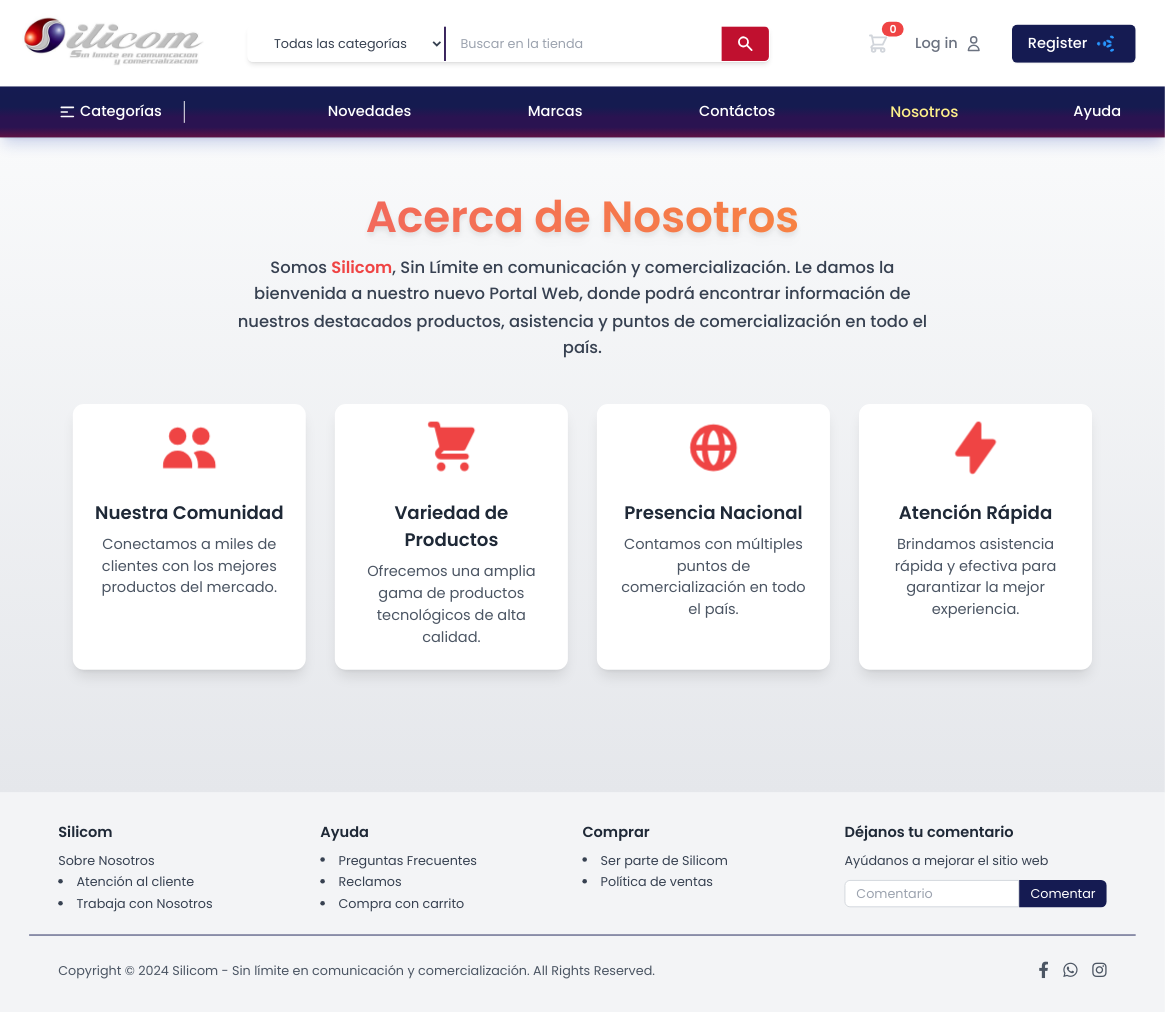
Repository: Francovg18/ecommerce
Page: /about
These files come from the project's save history. The page is drawn as it stood at one moment and after the next save; the edit follows.
The browser window is 1280 px wide. The pictures show the whole page, at 91% of full size.
The page's requests for data from a server got no answer. The project was rebuilt for these pictures with package versions that can differ from the ones it lists, and the page was loaded fresh each time. No one was signed in, and anything a server would have sent is missing. Also part of the build but not shown: src/components/home/Banner.js, src/components/home/ProductsArrival.js, src/components/home/ProductsSold.js, src/redux/actions/brands.js, src/components/home/Brand.js, src/components/home/Product.js, src/containers/Home.jsx, src/containers/errors/Error404.jsx and 40 more.

Above is the page before, as saved 2025-01-29 20:21:03.

### public/index.html
<!DOCTYPE html>
<html lang="en">
  <head>
    <meta charset="utf-8" />
    <link rel="icon" href="%PUBLIC_URL%/favicon.ico" />
    <meta name="viewport" content="width=device-width, initial-scale=1" />
    <meta name="theme-color" content="#000000" />
    <meta name="description" content="Web site created using create-react-app" />
    <link rel="apple-touch-icon" href="%PUBLIC_URL%/logo192.png" />
    <link href="https://fonts.googleapis.com/css2?family=Poppins:wght@400;500;600&display=swap" rel="stylesheet">
    <link
  rel="stylesheet"
  href="https://cdnjs.cloudflare.com/ajax/libs/font-awesome/6.0.0-beta3/css/all.min.css"
/>

    <!--
      manifest.json provides metadata used when your web app is installed on a
      user's mobile device or desktop. See https://developers.google.com/web/fundamentals/web-app-manifest/
    -->
    <link rel="manifest" href="%PUBLIC_URL%/manifest.json" />
    <!--
      Notice the use of %PUBLIC_URL% in the tags above.
      It will be replaced with the URL of the `public` folder during the build.
      Only files inside the `public` folder can be referenced from the HTML.

      Unlike "/favicon.ico" or "favicon.ico", "%PUBLIC_URL%/favicon.ico" will
      work correctly both with client-side routing and a non-root public URL.
      Learn how to configure a non-root public URL by running `npm run build`.
    -->
    <title>React App</title>
  </head>
  <body>
    <noscript>You need to enable JavaScript to run this app.</noscript>
    <div id="root"></div>
    <!--
      This HTML file is a template.
      If you open it directly in the browser, you will see an empty page.

      You can add webfonts, meta tags, or analytics to this file.
      The build step will place the bundled scripts into the <body> tag.

      To begin the development, run `npm start` or `yarn start`.
      To create a production bundle, use `npm run build` or `yarn build`.
    -->
  </body>
</html>

### src/index.js
import React from 'react';
import ReactDOM from 'react-dom/client';
import './style/index.css';
import App from './App';

const root = ReactDOM.createRoot(document.getElementById('root'));
root.render(
  <React.StrictMode>
    <App />
  </React.StrictMode>
);

### src/store.js
import { createStore, applyMiddleware } from 'redux';
import { composeWithDevTools } from '@redux-devtools/extension';
import { thunk } from 'redux-thunk';
import rootReducer from './redux/reducers';

const initialState = {};
const middleware = [thunk];
const store = createStore(
    rootReducer,
    initialState,
    composeWithDevTools(applyMiddleware(...middleware))
);

export default store;

### src/containers/pages/About.jsx
import React from 'react';
import Layout from '../../hocs/Layout';
import { UsersIcon, ShoppingCartIcon, GlobeAltIcon, LightningBoltIcon } from '@heroicons/react/solid';

function About() {
  return (
    <Layout>
      <div className="bg-gradient-to-b from-gray-50 to-gray-200 min-h-screen py-16 px-6 sm:px-12 lg:px-20">
        <div className="text-center max-w-3xl mx-auto">
          <h1 className="text-5xl font-extrabold bg-gradient-to-r from-red-500 to-orange-500 bg-clip-text text-transparent drop-shadow-lg animate-pulse">
            Acerca de Nosotros
          </h1>
          <p className="mt-4 text-lg text-gray-700 font-medium leading-relaxed animate-fade-in">
            Somos <span className="text-red-500 font-bold">Silicom</span>, Sin Límite en comunicación y comercialización. Le damos la bienvenida a nuestro nuevo Portal Web,
            donde podrá encontrar información de nuestros destacados productos, asistencia y puntos de comercialización en todo el país.
          </p>
        </div>

        <div className="mt-12 grid grid-cols-1 md:grid-cols-2 lg:grid-cols-4 gap-8">
          {[
            { icon: UsersIcon, title: "Nuestra Comunidad", text: "Conectamos a miles de clientes con los mejores productos del mercado." },
            { icon: ShoppingCartIcon, title: "Variedad de Productos", text: "Ofrecemos una amplia gama de productos tecnológicos de alta calidad." },
            { icon: GlobeAltIcon, title: "Presencia Nacional", text: "Contamos con múltiples puntos de comercialización en todo el país." },
            { icon: LightningBoltIcon, title: "Atención Rápida", text: "Brindamos asistencia rápida y efectiva para garantizar la mejor experiencia." }
          ].map((item, index) => (
            <div key={index} className="bg-white p-6 rounded-xl shadow-lg text-center transition-transform transform hover:scale-105 hover:shadow-2xl">
              <item.icon className="w-16 h-16 text-red-500 mx-auto animate-bounce" />
              <h3 className="text-xl font-semibold mt-4 text-gray-800">{item.title}</h3>
              <p className="text-gray-600 mt-2">{item.text}</p>
            </div>
          ))}
        </div>
      </div>
    </Layout>
  );
}

export default About;

### src/redux/reducers/index.js
import { combineReducers } from 'redux';
import Auth from './auth';
import Alert from './alert';
import Categories from './categories';
import Products from './products';
import Cart from './cart';
import Shipping from './shipping'
import Payment from './payment';
import Orders from './orders';
import Coupons from './coupons';
import Profile from './profile';
import Wishlist from './wishlist';
import Reviews from './reviews';
import Brands from './brands';
export default combineReducers({
    Auth,
    Alert,
    Categories,
    Products,
    Cart,
    Shipping,
    Payment,
    Orders,
    Coupons,
    Profile,
    Wishlist,
    Reviews,
    Brands
})

### src/hocs/Layout.js
import { ToastContainer } from 'react-toastify';
import 'react-toastify/dist/ReactToastify.css';
import { check_authenticated, load_user, refresh } from '../redux/actions/auth';
import {
    get_items,
    get_total,
    get_item_total
} from "../redux/actions/cart";

import {
    get_user_profile
} from "../redux/actions/profile";

import { useEffect } from 'react';
import { connect } from 'react-redux';
import Navbar from '../components/navigation/Navbar';
import Footer from '../components/navigation/Footer';

const Layout = (props) => {

    useEffect(() => {
        props.refresh()
        props.check_authenticated()
        props.load_user()
        props.get_items()
        props.get_total()
        props.get_item_total()
        props.get_user_profile()
    }, []);

    return(
        <div>
            <Navbar/>
            <ToastContainer autoClose={5000} />
            {props.children}
            <Footer/>
        </div>
    )
}


export default connect(null, {
    check_authenticated,
    load_user,
    refresh,
    get_items,
    get_total,
    get_item_total,
    get_user_profile
}) (Layout)

### src/redux/actions/categories.js
import axios from 'axios';
import {
    GET_CATEGORIES_SUCCESS,
    GET_CATEGORIES_FAIL,
} from './types';

export const get_categories = () => async dispatch => {
    const config = {
        headers: {
            'Accept': 'application/json'
        }
    };

    try {
        const res = await axios.get(`${process.env.REACT_APP_API_URL}/api/category/categories`, config);

        if (res.status >= 200 && res.status < 300) {
            dispatch({
                type: GET_CATEGORIES_SUCCESS,
                payload: res.data
            });
        } else {
            console.error('Error: Unexpected response status', res.status);
            dispatch({
                type: GET_CATEGORIES_FAIL
            });
        }
    } catch (err) {
        console.error('Error fetching categories:', err.message);
        dispatch({
            type: GET_CATEGORIES_FAIL
        });
    }
};

### src/redux/actions/alert.js
import{
    SET_ALERT,
    REMOVE_ALERT,
} from './types';

export const setAlert = (msg, alertType, timeout = 5000) => dispatch =>{
    dispatch({
        type: SET_ALERT,
        payload: {msg, alertType}
    });
    setTimeout(() => dispatch({ type: REMOVE_ALERT }), timeout);
}

### src/redux/reducers/alert.js
import {
    SET_ALERT,
    REMOVE_ALERT,
} from '../actions/types';

const initialState = {
    alert: null
};

export default function Alert(state = initialState, action) {
    const { type, payload } = action;

    switch(type) {
        case SET_ALERT:
            return {
                ...state,
                alert: payload
            };
        case REMOVE_ALERT:
            return {
                ...state,
                alert: null
            }
        default:
            return state
    };
}

### src/redux/reducers/categories.js
import {
    GET_CATEGORIES_SUCCESS,
    GET_CATEGORIES_FAIL
} from '../actions/types';

const initialState = {
    categories: null
};

export default function Categories(state = initialState, action) {
    const { type, payload } = action;

    switch(type) {
        case GET_CATEGORIES_SUCCESS:
            return {
                ...state,
                categories: payload.categories
            }
        case GET_CATEGORIES_FAIL:
            return {
                ...state,
                categories: null
            }
        default:
            return state
    }
}

### src/redux/reducers/shipping.js
import {
    GET_SHIPPING_OPTIONS_SUCCESS,
    GET_SHIPPING_OPTIONS_FAIL
} from '../actions/types';

const initialState = {
    shipping: null,
};

export default function Shipping(state = initialState, action) {
    const { type, payload } = action;

    switch(type) {
        case GET_SHIPPING_OPTIONS_SUCCESS:
            return {
                ...state,
                shipping: payload.shipping_options
            }
        case GET_SHIPPING_OPTIONS_FAIL:
            return {
                ...state,
                shipping: null
            }
        default:
            return state;
    }
};

### src/redux/reducers/orders.js
import {
    GET_ORDERS_SUCCESS,
    GET_ORDERS_FAIL,
    GET_ORDER_DETAIL_SUCCESS,
    GET_ORDER_DETAIL_FAIL
} from '../actions/types';

const initialState = {
    orders: null,
    order: null
};


export default function Orders(state = initialState, action) {
    const { type, payload } = action;

    switch(type) {
        case GET_ORDERS_SUCCESS:
            return {
                ...state,
                orders: payload.orders
            }
        case GET_ORDERS_FAIL:
            return {
                ...state,
                orders: []
            }
        case GET_ORDER_DETAIL_SUCCESS:
            return {
                ...state,
                order: payload.order
            }
        case GET_ORDER_DETAIL_FAIL:
            return {
                ...state,
                order: {}
            }
        default:
            return state;
    }
}

### src/redux/reducers/coupons.js
import {
    GET_COUPON_SUCCESS,
    GET_COUPON_FAIL,
} from '../actions/types';

const initialState = {
    coupon: null
};


export default function Coupons(state = initialState, action) {
    const { type, payload } = action;

    switch(type) {
        case GET_COUPON_SUCCESS:
            return {
                ...state,
                coupon: payload.coupon
            }
        case GET_COUPON_FAIL:
            return {
                ...state,
                coupon: null
            }
        default:
            return state;
    }
}

### src/redux/reducers/profile.js
import {
    GET_USER_PROFILE_SUCCESS,
    GET_USER_PROFILE_FAIL,
    UPDATE_USER_PROFILE_SUCCESS,
    UPDATE_USER_PROFILE_FAIL
} from '../actions/types';

const initialState = {
    profile: null
};

export default function Profile(state = initialState, action) {
    const { type, payload } = action;

    switch(type) {
        case GET_USER_PROFILE_SUCCESS:
            return {
                ...state,
                profile: payload.profile
            }
        case GET_USER_PROFILE_FAIL:
            return {
                ...state
            }
        case UPDATE_USER_PROFILE_SUCCESS:
            return {
                ...state,
                profile: payload.profile
            }
        case UPDATE_USER_PROFILE_FAIL:
            return {
                ...state
            }
        default:
            return state
    }
}

### src/redux/reducers/wishlist.js
import {
    GET_WISHLIST_ITEMS_SUCCESS,
    GET_WISHLIST_ITEMS_FAIL,
    ADD_WISHLIST_ITEM_SUCCESS,
    ADD_WISHLIST_ITEM_FAIL,
    GET_WISHLIST_ITEM_TOTAL_SUCCESS,
    GET_WISHLIST_ITEM_TOTAL_FAIL,
    REMOVE_WISHLIST_ITEM_SUCCESS,
    REMOVE_WISHLIST_ITEM_FAIL,
    CLEAR_WISHLIST,
} from '../actions/types';

const initialState = {
    items: null,
    total_items: 0
};

export default function Wishlist(state = initialState, action) {
    const { type, payload } = action;

    switch(type) {
        case GET_WISHLIST_ITEMS_SUCCESS:
            return {
                ...state,
                items: payload.wishlist
            }
        case GET_WISHLIST_ITEMS_FAIL:
            return {
                ...state,
            }
        case ADD_WISHLIST_ITEM_SUCCESS:
            return {
                ...state,
                items: payload.wishlist
            }
        case ADD_WISHLIST_ITEM_FAIL:
            return {
                ...state,
            }
        case GET_WISHLIST_ITEM_TOTAL_SUCCESS:
            return {
                ...state,
                total_items: payload.total_items
            }
        case GET_WISHLIST_ITEM_TOTAL_FAIL:
            return {
                ...state
            }
            case REMOVE_WISHLIST_ITEM_SUCCESS:
                return {
                    ...state,
                    items: state.items.filter(item => item.product_id !== payload)
                }

        case REMOVE_WISHLIST_ITEM_FAIL:
            return {
                ...state
            }
        case CLEAR_WISHLIST:
            return {
                ...state,
                items: [],
                total_items: 0
            }
        default:
            return state
    }
}

### src/redux/reducers/reviews.js
import {
    GET_REVIEWS_SUCCESS,
    GET_REVIEWS_FAIL,
    GET_REVIEW_SUCCESS,
    GET_REVIEW_FAIL,
    CREATE_REVIEW_SUCCESS,
    CREATE_REVIEW_FAIL,
    UPDATE_REVIEW_SUCCESS,
    UPDATE_REVIEW_FAIL,
    DELETE_REVIEW_SUCCESS,
    DELETE_REVIEW_FAIL,
    FILTER_REVIEWS_SUCCESS,
    FILTER_REVIEWS_FAIL,
} from '../actions/types';

const intitialState = {
    review: null,
    reviews: null
};

export default function Reviews(state = intitialState, action) {
    const { type, payload } = action;

    switch(type) {
        case GET_REVIEWS_SUCCESS:
            return {
                ...state,
                reviews: payload.reviews
            }
        case GET_REVIEWS_FAIL:
            return {
                ...state,
                reviews: []
            }
        case GET_REVIEW_SUCCESS:
            return {
                ...state,
                review: payload.review
            }
        case GET_REVIEW_FAIL:
            return {
                ...state,
                review: {}
            }
        case CREATE_REVIEW_SUCCESS:
            return {
                ...state,
                review: payload.review,
                reviews: payload.reviews
            }
        case CREATE_REVIEW_FAIL:
            return {
                ...state,
                review: {}
            }
        case UPDATE_REVIEW_SUCCESS:
            return {
                ...state,
                review: payload.review,
                reviews: payload.reviews
            }
        case UPDATE_REVIEW_FAIL:
            return {
                ...state
            }
        case DELETE_REVIEW_SUCCESS:
            return {
                ...state,
                review: {},
                reviews: payload.reviews
            }
        case DELETE_REVIEW_FAIL:
            return {
                ...state
            }
        case FILTER_REVIEWS_SUCCESS:
            return {
                ...state,
                reviews: payload.reviews
            }
        case FILTER_REVIEWS_FAIL:
            return {
                ...state
            }
        default:
            return state
    }


}

### src/redux/reducers/brands.js
import {
    GET_BRANDS_SUCCESS,
    GET_BRANDS_FAIL
} from '../actions/types';

const initialState = {
    brands: null
};

export default function Brands(state = initialState, action) {
    const { type, payload } = action;

    switch (type) {
        case GET_BRANDS_SUCCESS:
            return {
                ...state,
                brands: payload.brands // Ajusta si `payload` tiene otra estructura
            };
        case GET_BRANDS_FAIL:
            return {
                ...state,
                brands: null
            };
        default:
            return state;
    }
}

### src/components/alert.js
import {Fragment} from 'react'
import {connect} from 'react-redux'

import { CheckCircleIcon } from '@heroicons/react/solid'

function Alert ({ alert }) {

    const displayAlert = () => {
        if (alert !== null){
            return (
                <div className={`rounded-md bg-${alert.alertType}-50 p-4`}>
                <div className="flex">
                    <div className="flex-shrink-0">
                    <CheckCircleIcon className={`h-5 w-5 text-${alert.alertType}-400`} aria-hidden="true" />
                    </div>
                    <div className="ml-3">
                    <p className={`text-sm font-medium text-${alert.alertType}-800`}>{alert.msg}</p>
                    </div>
                </div>
                </div>
            )
        } else {
            return(
                <Fragment></Fragment>
            )
        }
    }

    return (
        <Fragment>
            {displayAlert()}
        </Fragment>
    )
}

const mapStateToProps = state => ({
    alert: state.Alert.alert
})

export default connect(mapStateToProps)(Alert)

### src/components/navigation/SearchBox.js
import { SearchIcon } from '@heroicons/react/solid';

const SearchBox = ({ categories, search, onChange, onSubmit }) => {
  return (
    <form
      onSubmit={(e) => onSubmit(e)}
      className="flex items-center border border-white rounded-md shadow-md overflow-hidden w-full max-w-3xl mx-auto"
    >
      {/* Dropdown de categorías (visible solo en pantallas grandes) */}
      <div className="hidden lg:block relative">
        <select
          onChange={(e) => onChange(e)}
          name="category_id"
          className="h-full text-sm text-gray-700 bg-white border-r-2 border-purple-night px-6 py-2 outline-none focus:ring-deep-rose"
        >
          <option value={0}>Todas las categorías</option>
          {categories &&
            categories.map((category, index) => (
              <option key={index} value={category.id}>
                {category.name}
              </option>
            ))}
        </select>
      </div>

      {/* Campo de búsqueda */}
      <input
        type="search"
        name="search"
        onChange={(e) => onChange(e)}
        value={search}
        required
        className="flex-grow text-sm text-gray-700 bg-white px-4 py-2 outline-none focus:ring-purple-night focus:border-crimson-red w-full"
        placeholder="Buscar en la tienda"
      />

      {/* Botón de envío */}
      <button
        type="submit"
        className="flex items-center justify-center h-full bg-crimson-red hover:bg-deep-rose text-white px-4 py-2"
      >
        <SearchIcon className="h-5 w-5" aria-hidden="true" />
      </button>
    </form>
  );
};

export default SearchBox;

### tailwind.config.js
/** @type {import('tailwindcss').Config} */
module.exports = {
  content: [
    "./src/**/*.{js,jsx,ts,tsx}",
  ],
  theme: {
    extend: {
      colors: {
        "midnight-blue": '#151b52',
        "purple-night": '#2A1350',
        "crimson-red": '#C0102F',
        "deep-rose": '#8D113B',
        "dark-burgundy": '#751240',
        "royal-purple": '#5D1245',
      },
      backgroundImage: {
        'custom-gradient': 'linear-gradient(to bottom, #151b52, #151b50, #151b50, #2A1351, #2A1351, #5D1245)',
      },
      fontFamily: {
        sans: ['Poppins', 'sans-serif'],
      },
      keyframes: {
        'gradient-x': {
          '0%, 100%': { backgroundPosition: '0% 50%' },
          '50%': { backgroundPosition: '100% 50%' },
        },
      },
      animation: {
        'gradient-x': 'gradient-x 8s ease infinite',
      },
      boxShadow: {
        navbar: "0px 4px 20px 6px rgba(28, 105, 192, 0.85), 0 1px 2px -1px rgba(3, 3, 4, 0.03)",
        menuHover: "0px 6px 15px 3px rgba(0, 0, 0, 0.15)",
      },
      fontSize: {
        'xl': '1.25rem',
        '2xl': '1.5rem',
      },
    },
  },
  plugins: [
    function({ addUtilities }) {
      const extendUnderline = {
        '.underline': {
          textDecoration: 'underline',
          textDecorationColor: '#121740',
        },
      };
      addUtilities(extendUnderline);
    },
  ],
};

Loaded but not shown: src/style/index.css (common file); src/components/navigation/Navbar.js (476 lines, source omitted); src/redux/actions/cart.js (399 lines, source omitted); src/redux/actions/auth.js (387 lines, source omitted); src/redux/actions/types.js (136 lines, source omitted); src/redux/actions/products.js (256 lines, source omitted); src/redux/reducers/cart.js (158 lines, source omitted); src/redux/reducers/products.js (118 lines, source omitted); src/App.js (79 lines, source omitted); src/components/navigation/Footer.js (81 lines, source omitted); src/redux/reducers/auth.js (113 lines, source omitted); src/redux/actions/profile.js (91 lines, source omitted); src/redux/reducers/payment.js (89 lines, source omitted)

After the next save:
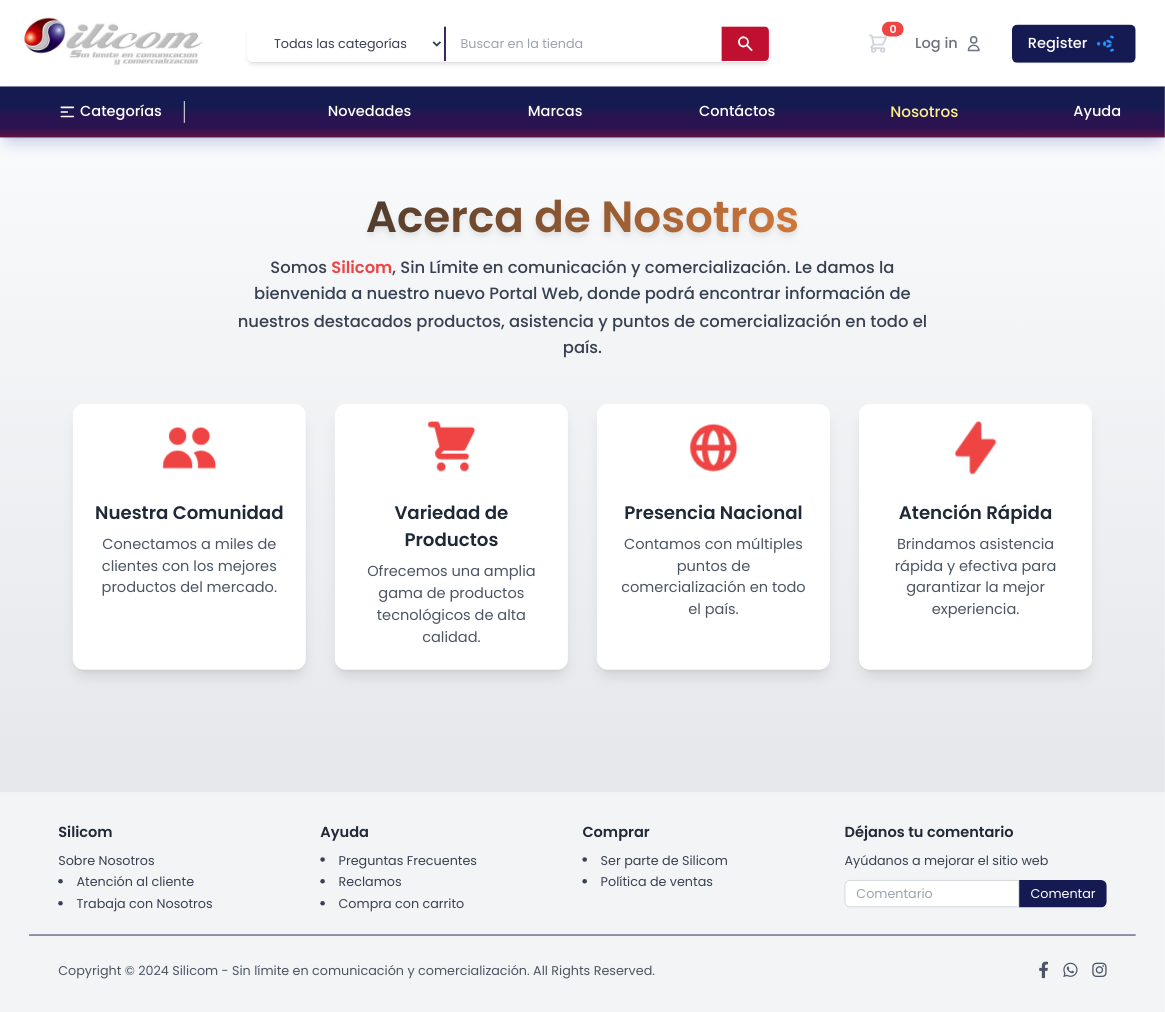
Saved 24 s later.
--- a/src/containers/pages/About.jsx
+++ b/src/containers/pages/About.jsx
@@ -7,7 +7,7 @@ function About() {
     <Layout>
       <div className="bg-gradient-to-b from-gray-50 to-gray-200 min-h-screen py-16 px-6 sm:px-12 lg:px-20">
         <div className="text-center max-w-3xl mx-auto">
-          <h1 className="text-5xl font-extrabold bg-gradient-to-r from-red-500 to-orange-500 bg-clip-text text-transparent drop-shadow-lg animate-pulse">
+          <h1 className="text-5xl font-extrabold bg-gradient-to-r from-black to-orange-500 bg-clip-text text-transparent drop-shadow-lg animate-pulse">
             Acerca de Nosotros
           </h1>
           <p className="mt-4 text-lg text-gray-700 font-medium leading-relaxed animate-fade-in">
